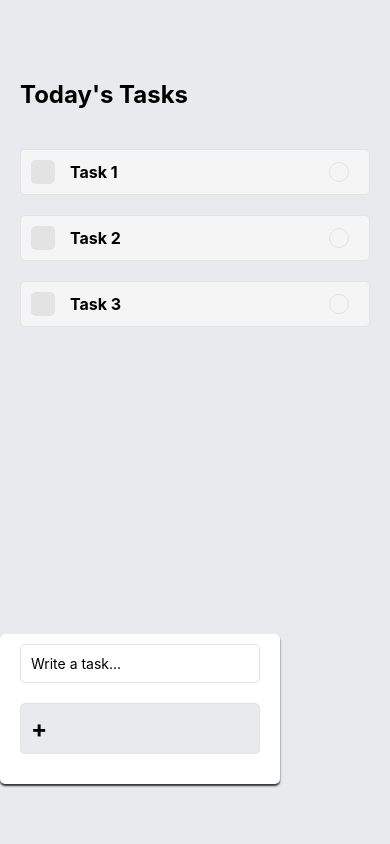
Repository: lomelo-x/ToDo-App
Screen: /
The author's editor kept a copy of each file at every save. The screen is drawn from the files as they stood at one save, then again after a run of saves.
The app was drawn by React Native's web renderer in a window 390 px wide. The project was rebuilt for these pictures with package versions that can differ from the ones it lists, and the page was loaded fresh each time.

Above is the screen before, as saved 2022-06-17 21:17:25.

After the next 2 saves:
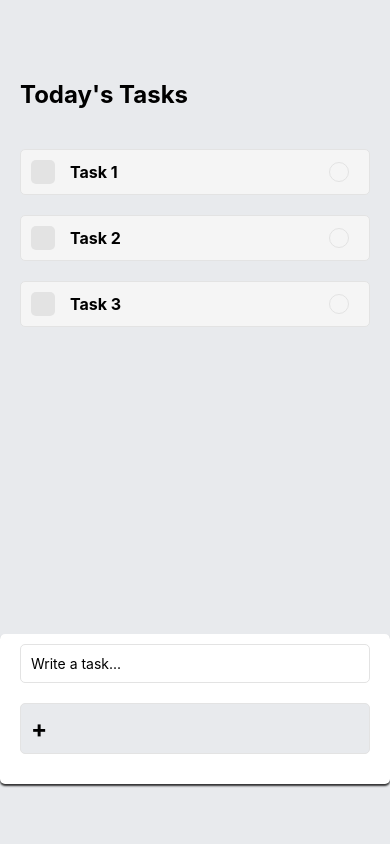
The 2 saves are shown as one change because they came seconds apart.
The last was saved 13 s later.
--- a/App.js
+++ b/App.js
@@ -47,6 +47,7 @@ const styles = StyleSheet.create({
 	writeTaskContainer: {
 		position: 'absolute',
 		bottom: 60,
+		width: '100%',
 		paddingHorizontal: 20,
 		paddingVertical: 10,
 		backgroundColor: '#fff',
